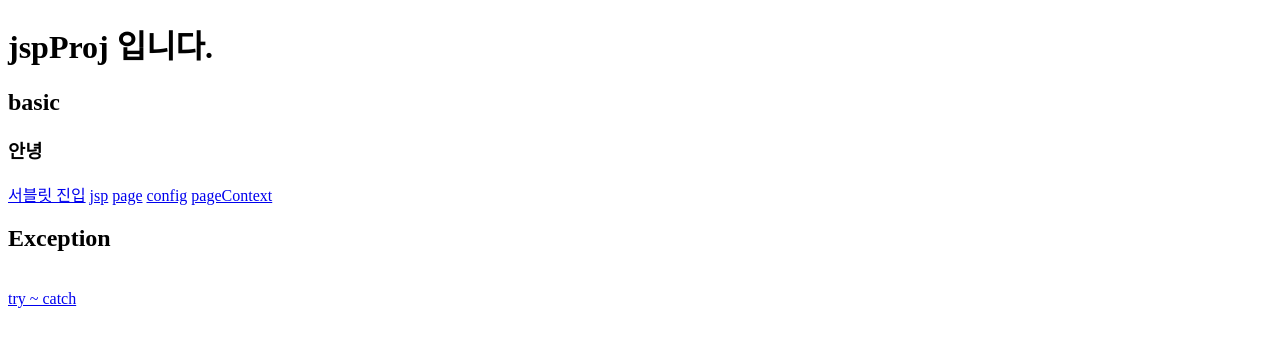
Repository: pshho/newJspProject
Page: http://localhost/JspProj/
These files come from the project's save history. The page is drawn as it stood at one moment and after the next save; the edit follows.
The browser window is 1280 px wide. The pictures show the whole page.
The page is served by Tomcat 9.

Above is the page before, as saved 2023-07-26 01:00:08.

After the next save:
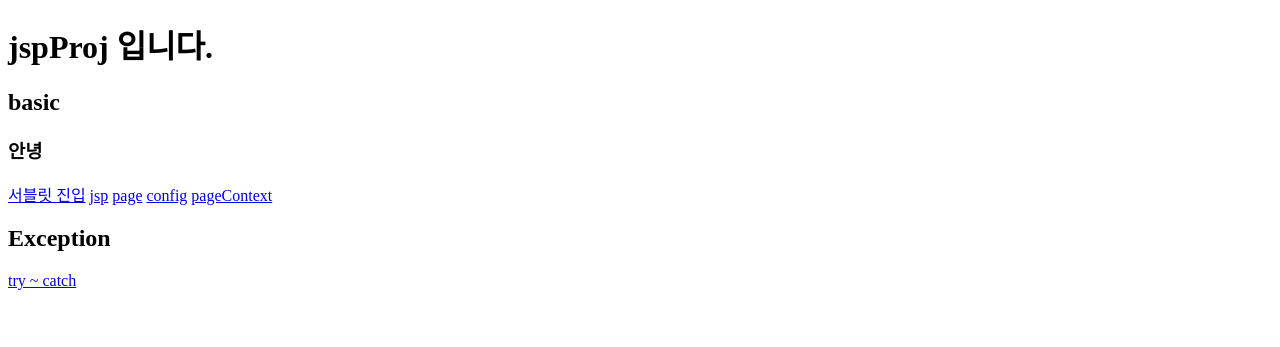
Saved 5 min 51 s later.
--- a/JspProj/src/main/webapp/index.jsp
+++ b/JspProj/src/main/webapp/index.jsp
@@ -15,7 +15,7 @@
 	<a href="basic/04_page.jsp">page</a>
 	<a href="basic/05_config.jsp">config</a>
 	<a href="basic/06_pageContext.jsp">pageContext</a>
-	<h2>Exception</h2><br/>
+	<h2>Exception</h2>
 	<a href="err/aaa.jsp">try ~ catch</a>
 </body>
 </html>
